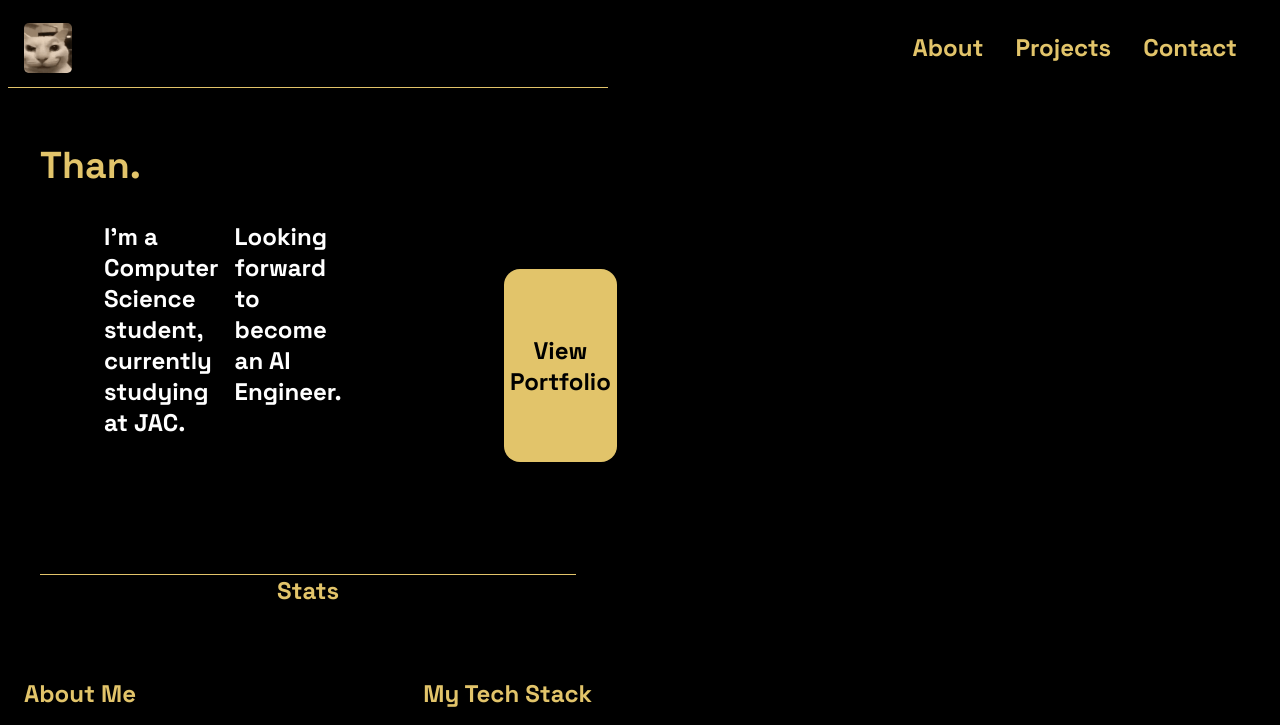
Repository: Than-dot/Than-dot
Page: index.html
These files come from the project's save history. The page is drawn as it stood at one moment and after the next save; the edit follows.
The browser window is 1280 px wide. The pictures show the whole page.

Above is the page before, as saved 2026-05-06 12:55:23.

### index.html
<!doctype html>
<html lang="en">
  <head>
    <meta charset="UTF-8" />
    <meta name="viewport" content="width=device-width, initial-scale=1.0" />
    <title>Than</title>
    <link rel="stylesheet" href="styles/global.css" />
    <link rel="stylesheet" href="styles/index.css" />
  </head>

  <body>
    <header>
      <nav>
        <img src="./assets/images/uncanny-cat-freaky.png" alt="cat" />
        <ul class="nav-center">
          <li>About</li>
          <li>Projects</li>
          <li>Contact</li>
        </ul>
      </nav>
    </header>
    <main>
      <section class="container1">
        <article class="f-art"><h1>Than.</h1></article>
        <aside class="f-asi">
          <p>I'm a Computer Science student, currently studying at JAC.</p>
          <p>Looking forward to become an AI Engineer.</p>
          <button>View Portfolio</button>
        </aside>
        <article class="stats">Stats <p></p></article>
      </section>
    </main>
    <section class="container2">
      <aside class="s-asi">About Me</aside>
      <article class="s-art">My Tech Stack</article>
    </section>
  </body>
</html>

### styles/global.css
@font-face {
  font-family: Space-Grotesk;
  src: url(/assets/font/Space_Grotesk/SpaceGrotesk-VariableFont_wght.ttf);
}

body {
  font-family: Space-Grotesk, sans-serif;
  font-weight: bold;
  font-size: 1.5rem;
}

button {
  font-family: Space-Grotesk, sans-serif;
  font-weight: bold;
  font-size: 1.5rem;
}

.f-art {
  font-size: 2rem;
}

### styles/index.css
body {
  width: 100%;
  max-width: 600px;
  background-color: black;
  color: #e2c46a;
}
.container1 {
  display: flex;
  flex-direction: column;
}

.f-art {
  margin: 2rem;
  margin-top: 1rem;
}

.f-asi {
  display: grid;
  margin-top: 0;
  justify-content: space-between;
}

p {
  margin: 0;
  margin-bottom: 1.5rem;
  margin-left: 1rem;
  color: white;
}

.stats {
  text-align: center;
  margin: 2rem;
  border-top: 0.5px solid #e2c46a;
}

.s-art {
  text-align: center;
}

.s-asi {
  text-align: center;
}

button {
  border-radius: 16px;
  border: none;
  max-width: 10rem;
  margin-left: 36.9%;
  margin-top: 3rem;
  background-color: #e2c46a;
}

img {
  height: 50px;
  width: auto;
  margin-left: 1rem;
  border-radius: 10%;
}

.nav-center {
  display: flex;
  gap: 32px;
  list-style: none;
  margin-left: 10rem;
}

nav {
  align-items: center;
  display: flex;
  border-bottom: 1px solid #e2c46a;
}

h1 {
  margin-bottom: 0;
}

@media screen and (min-width: 700px) {
  body {
    width: 100%;
  }
  .nav-center {
    display: flex;
    gap: 32px;
    list-style: none;
    margin-left: 50rem;
  }
  .f-asi {
    display: grid;
    margin-top: 0;
    justify-content: space-between;
  }
  .f-asi {
    display: flex;
    margin: 5rem;
    margin-top: 0;
    justify-content: space-between;
  }
  .container2 {
    display: flex;
    flex-direction: row;
    justify-content: space-between;
    margin: 1rem;
  }
}

After the next save:
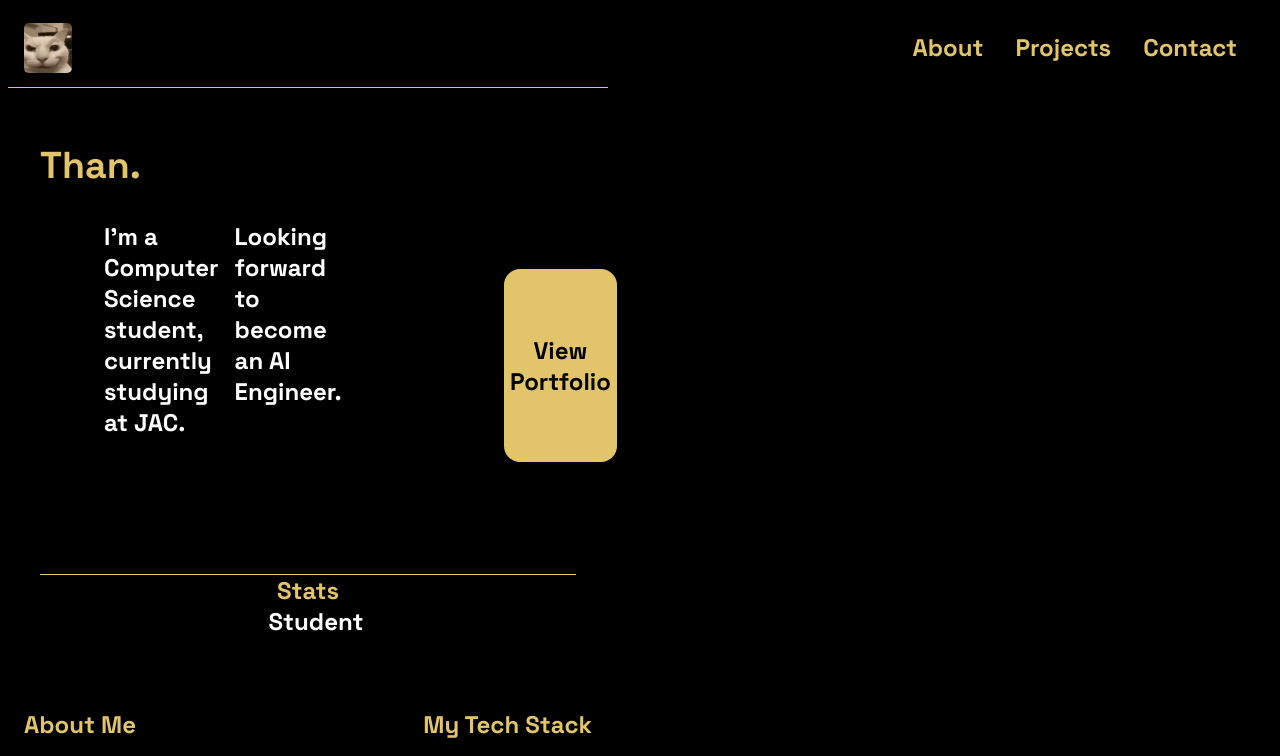
Saved 4 s later.
--- a/index.html
+++ b/index.html
@@ -27,7 +27,10 @@
           <p>Looking forward to become an AI Engineer.</p>
           <button>View Portfolio</button>
         </aside>
-        <article class="stats">Stats <p></p></article>
+        <article class="stats">
+          Stats
+          <p>Student</p>
+        </article>
       </section>
     </main>
     <section class="container2">
